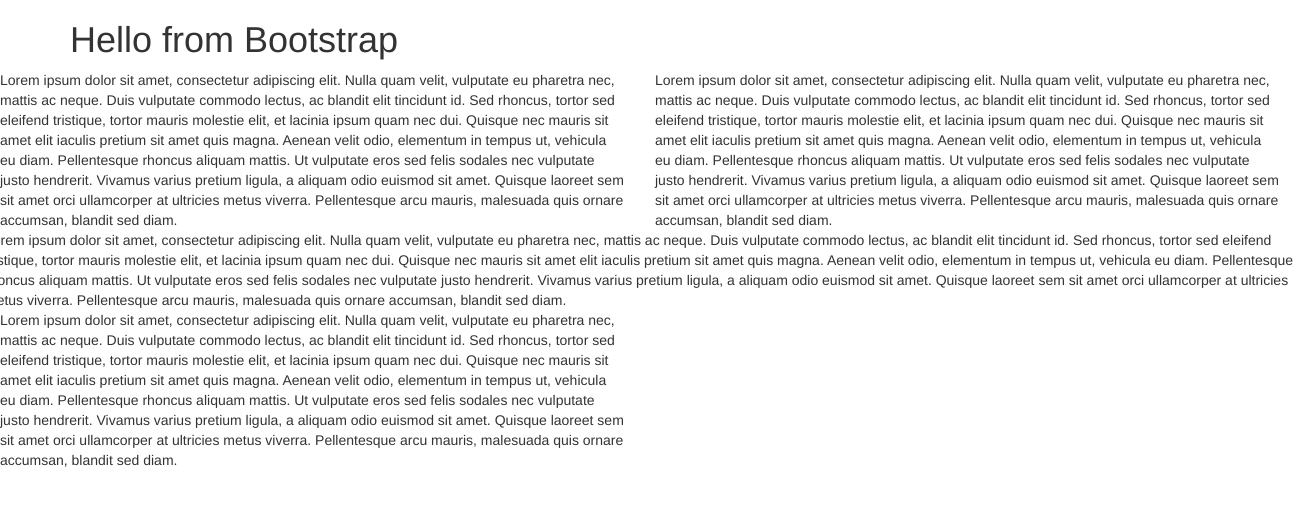
Repository: dishant8/Web-development
Page: public/WebDevWorkspace/experiment/WebContent/CSS/Bootstrap/0-container.html
An editor plug-in stored every save of this project. The page is shown before and after the next save, followed by the edit.
The browser window is 1280 px wide. The page is 1295 px wide, so the pictures cover 1295 px, including what lies to the right of the window. The pictures show the whole page.

Above is the page before, as saved 2015-09-30 07:48:41.

After the next save:
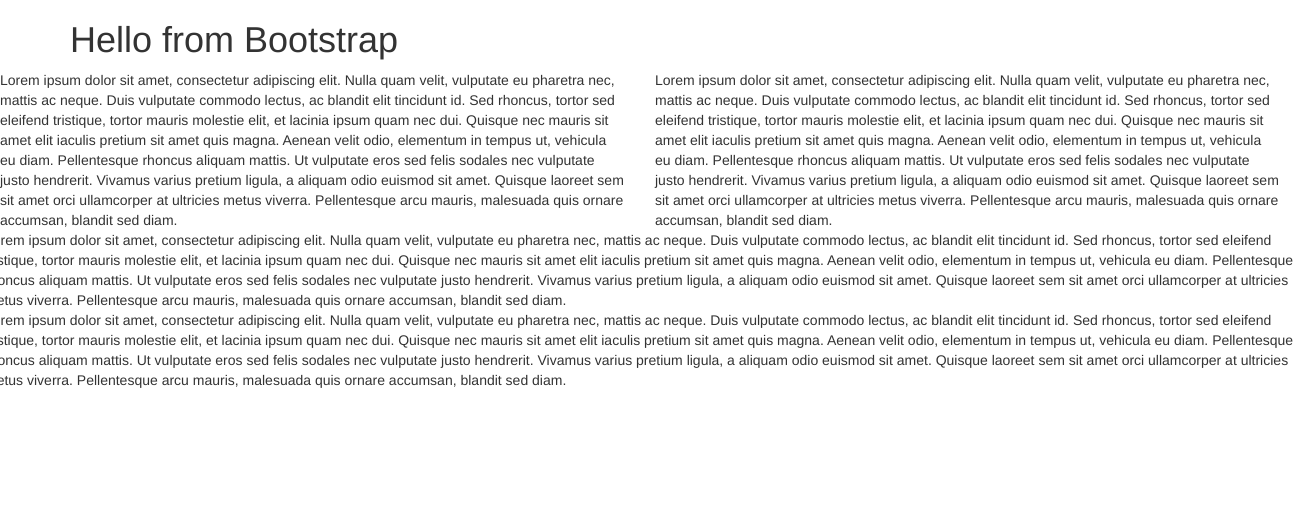
Saved 4 s later.
--- a/public/WebDevWorkspace/experiment/WebContent/CSS/Bootstrap/0-container.html
+++ b/public/WebDevWorkspace/experiment/WebContent/CSS/Bootstrap/0-container.html
@@ -52,7 +52,7 @@
 			euismod sit amet. Quisque laoreet sem sit amet orci ullamcorper at
 			ultricies metus viverra. Pellentesque arcu mauris, malesuada quis
 			ornare accumsan, blandit sed diam.</div>
-		<div class="col-lg-6">Lorem ipsum dolor sit amet, consectetur
+		<div class="col-xs-lg-6">Lorem ipsum dolor sit amet, consectetur
 			adipiscing elit. Nulla quam velit, vulputate eu pharetra nec, mattis
 			ac neque. Duis vulputate commodo lectus, ac blandit elit tincidunt
 			id. Sed rhoncus, tortor sed eleifend tristique, tortor mauris
